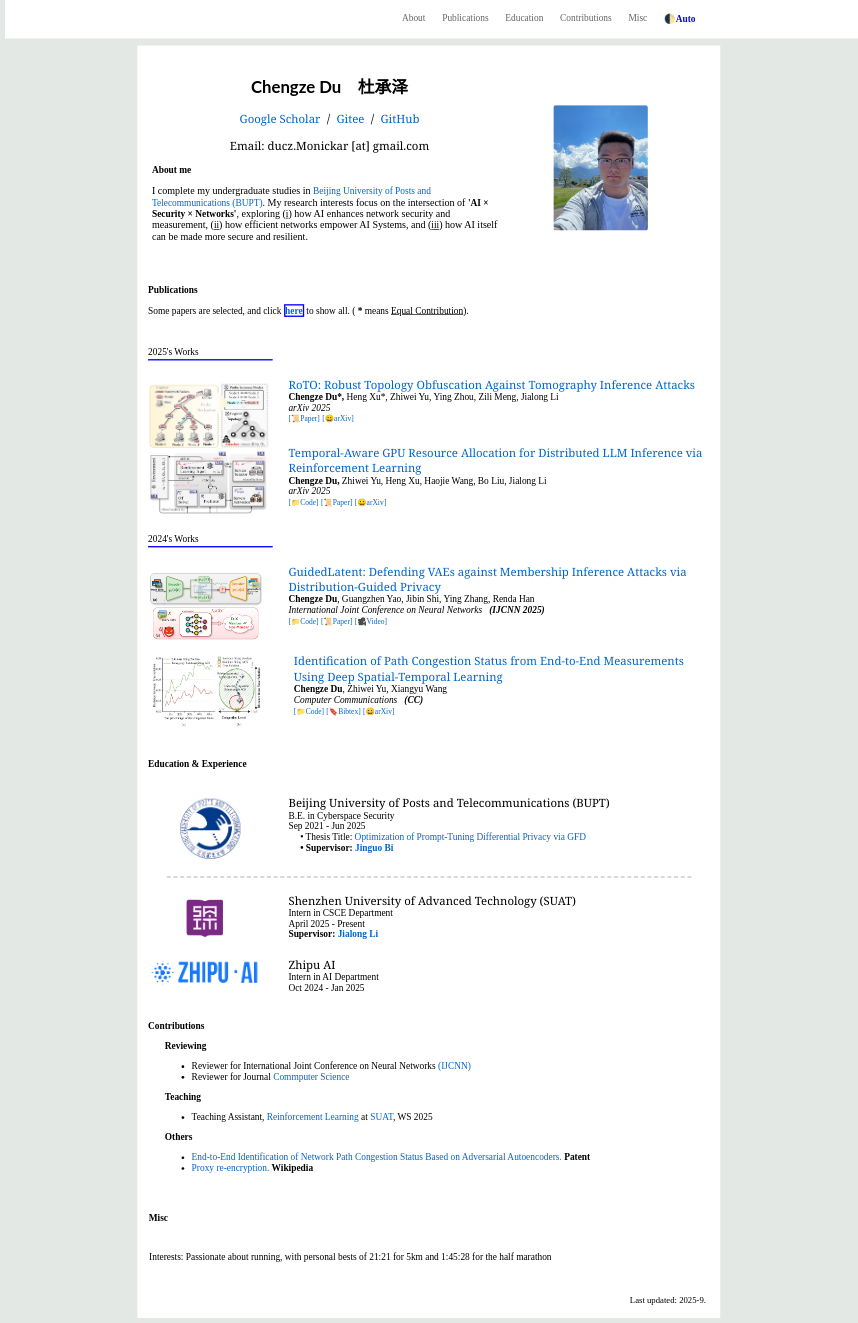
Repository: Monickar/Monickar.github.io
Page: index.html
These files come from the project's save history. The page is drawn as it stood at one moment and after a run of saves; the edit follows.
The browser window is 1280 px wide. The pictures show the whole page, at 67% of full size.

Above is the page before, as saved 2025-10-28 18:49:48.

After the next 2 saves:
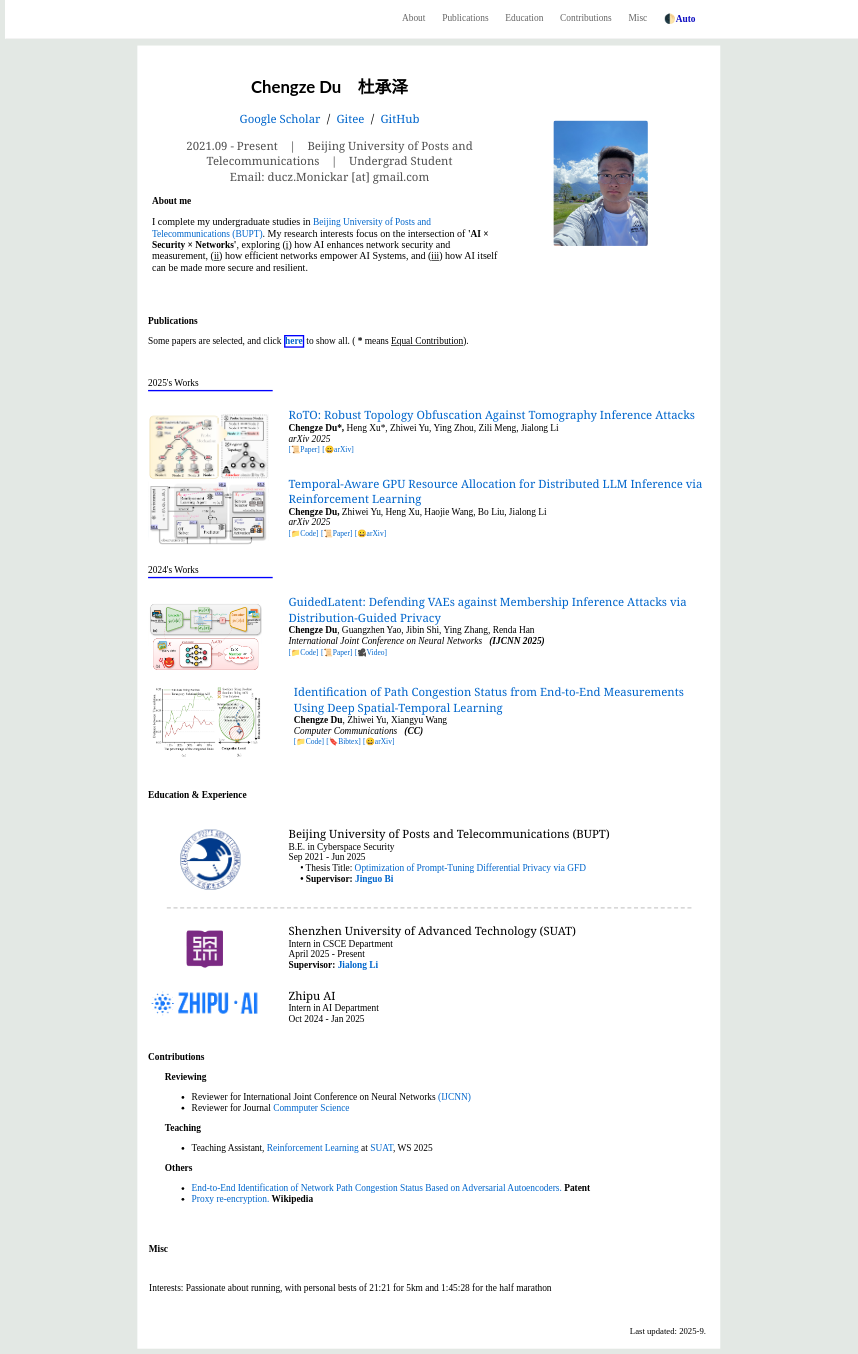
The 2 saves are shown as one change because they came seconds apart.
The last was saved 10 s later.
--- a/index.html
+++ b/index.html
@@ -60,7 +60,8 @@
                   <a href="https://github.com/Monickar" class="papertitle">GitHub</a>
                 </p>
 
-                <p style="text-align:center; font-size: 17px; font-family: Georgia;">
+                <p style="text-align:center; font-size: 17px; font-family: Georgia; color: rgb(80, 80, 80);">
+                  2021.09 - Present &ensp; | &ensp; Beijing University of Posts and Telecommunications &ensp; | &ensp; Undergrad Student <br>
                 Email: ducz.Monickar [at] gmail.com
                 </p>
                 <h2>About me</h2>

After the save that followed:
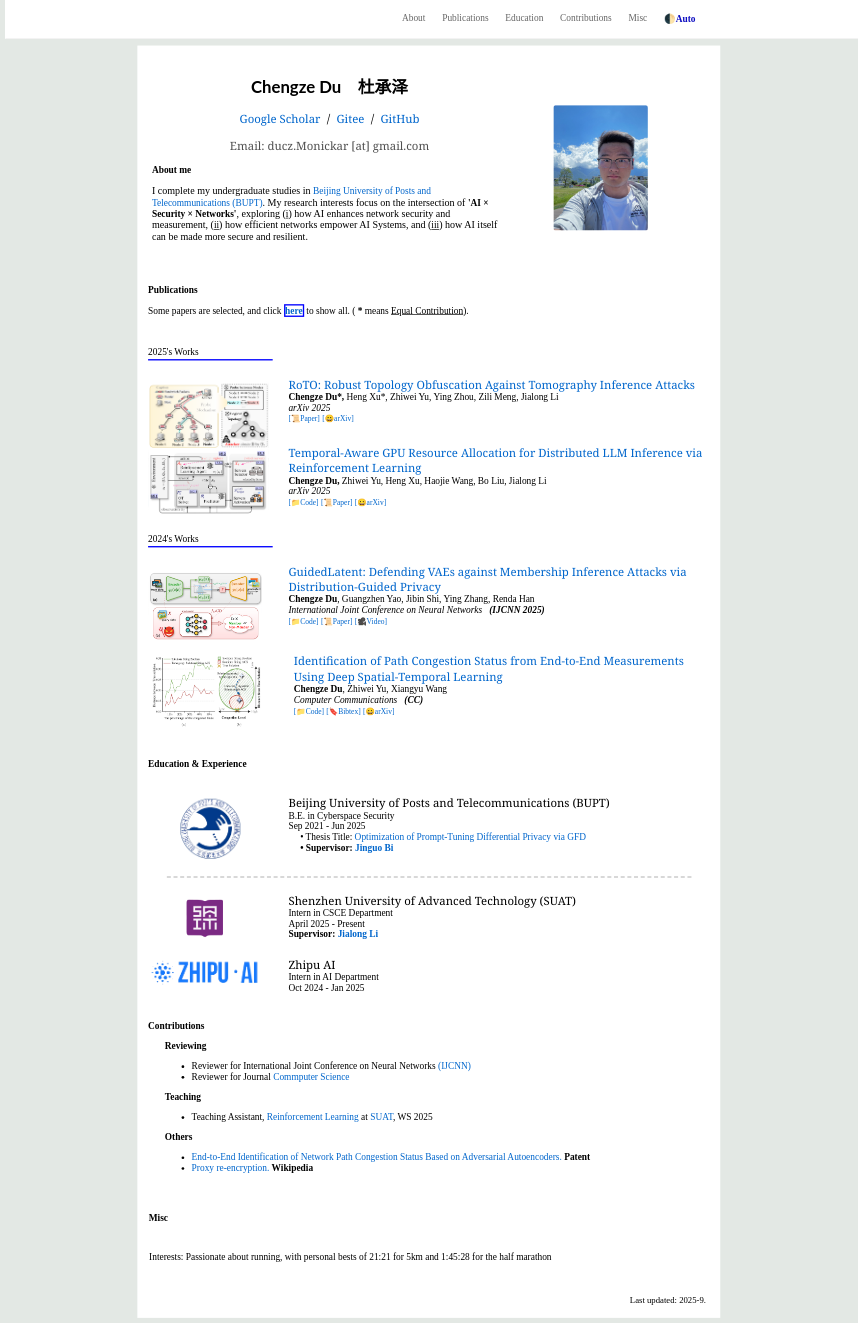
Saved 5 s later.
--- a/index.html
+++ b/index.html
@@ -61,7 +61,6 @@
                 </p>
 
                 <p style="text-align:center; font-size: 17px; font-family: Georgia; color: rgb(80, 80, 80);">
-                  2021.09 - Present &ensp; | &ensp; Beijing University of Posts and Telecommunications &ensp; | &ensp; Undergrad Student <br>
                 Email: ducz.Monickar [at] gmail.com
                 </p>
                 <h2>About me</h2>
